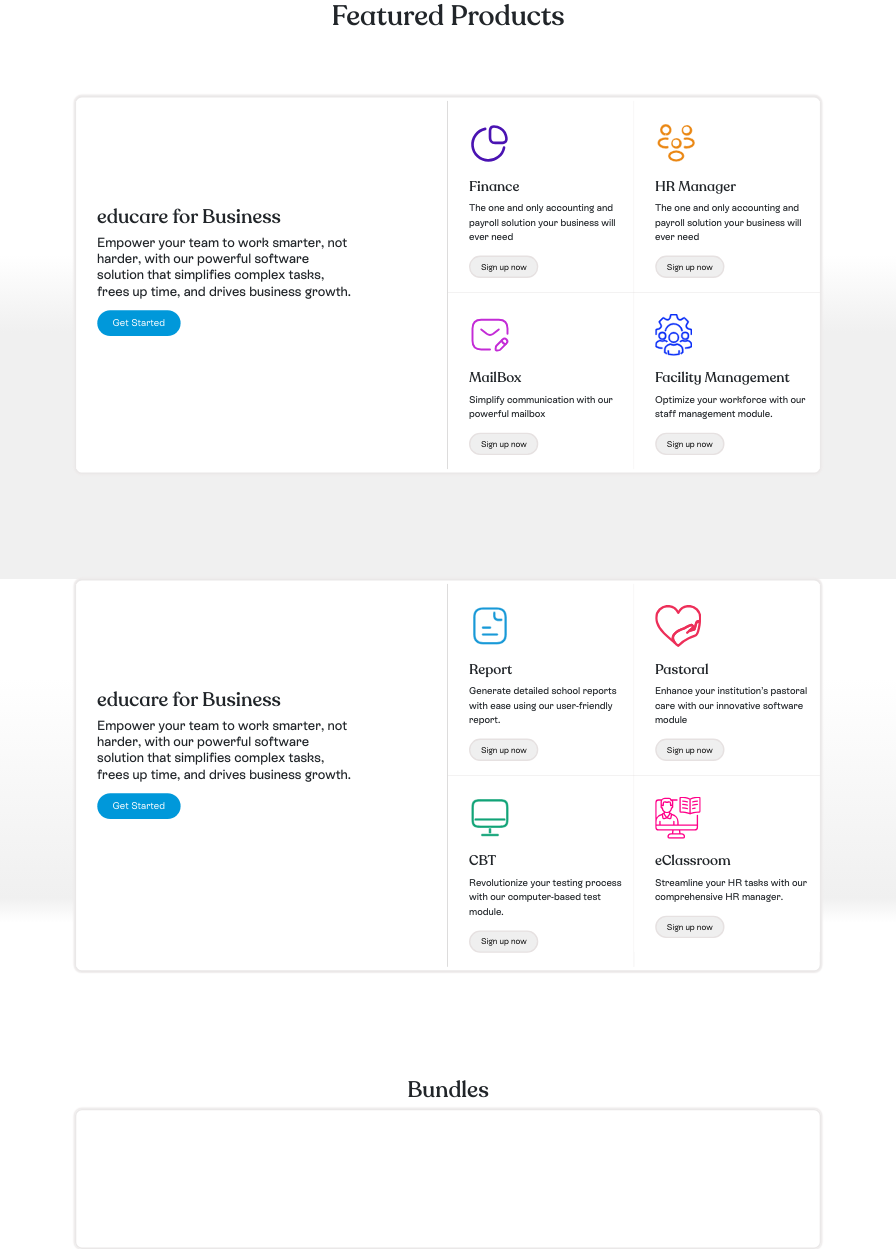
Repository: sarahnnanyelugo/educare-web
Page: /
An editor plug-in stored every save of this project. The page is shown before and after the next save, followed by the edit.
The browser window is 1280 px wide. The pictures show the part of the page from y = 1063 to 2983 px (the page is 2847 px tall before and 2983 px after), at 70% of full size.
The project was rebuilt for these pictures with package versions that can differ from the ones it lists, and the page was loaded fresh each time.

Above is the page before, as saved 2023-04-05 09:56:12.

### src/App.jsx
import React from "react";
import logo from "./logo.svg";
import "./App.scss";
import "bootstrap/dist/css/bootstrap.min.css";
import { BrowserRouter, Routes, Route, Link, Outlet } from "react-router-dom";
import NavBar from "./components/NavBar/NavBar";
import { Home } from "./pages/Home/Home";

function App() {
  return (
    <>
      {" "}
      <NavBar />
      <Routes>
        <Route path="/" element={<Home />} />
      </Routes>
    </>
  );
}

export default App;

### src/App.scss
@font-face {
  font-family: rebondG;
  src: url(./assets/fonts/Rebond_font/RebondG.otf);
}
@font-face {
  font-family: rebondG-Bold;
  src: url(./assets/fonts/Rebond_font/RebondG-Bold.otf);
}
@font-face {
  font-family: rebondG-Medium;
  src: url(./assets/fonts/Rebond_font/RebondGrotesqueMedium.otf);
}

@font-face {
  font-family: recoMedium;
  src: url(./assets/fonts/Recoleto-font/RecoletaAlt-Medium.ttf);
}

h1,
h2,
h3,
h4,
h5,
h6 {
  font-family: recoMedium;
}
p {
  font-family: rebondG-Medium;
}
@media screen and (min-width: 620px) {
  .flexy {
    display: flex;
  }
}

### src/components/NavBar/NavBar.tsx
import React from "react";
import Logo from "../../assets/images/educare-logo.png";
import { Link, NavLink } from "react-router-dom";
import "./_navbar.scss";

function NavBar() {
  return (
    <div className="navbar-container">
      <div className="logo-holder  ">
        {" "}
        <Link to={"/"}>
          {" "}
          <img className="   logo" src={Logo} alt="Scholar" />
        </Link>
      </div>
      <ul className=" list-inline list-unstyled nav-links-container">
        <li className="list-inline-item">
          <NavLink to={""} className="nav-links">
            Solutions{" "}
            <span>
              <i className="icofont-curved-down"></i>
            </span>
          </NavLink>
        </li>{" "}
        <li className="list-inline-item">
          <NavLink to={""} className="nav-links">
            Resources
          </NavLink>
        </li>{" "}
        <li className="list-inline-item">
          <NavLink to={""} className="nav-links">
            Pricing
          </NavLink>
        </li>{" "}
        <li className="list-inline-item">
          <NavLink to={""} className="nav-links">
            Support
          </NavLink>
        </li>
      </ul>
      <div className="nav-buttons">
        <button className="sign-in-button">Log in</button>
        <button className="get-started-button">Get Started</button>
      </div>
    </div>
  );
}

export default NavBar;

### src/pages/Home/Home.tsx
import React from "react";
import { RandomComponent } from "./RandomComponent/RandomComponent";
import "./_home.scss";
import RedIcon from "../../assets/images/red-dots.svg";
import BlueIcon from "../../assets/images/blue-dots.svg";
import YellowIcon from "../../assets/images/yellow-dots.svg";
import HalfCircle from "../../assets/images/half-circle.svg";
import People from "../../assets/images/people.svg";
import Mail from "../../assets/images/edit.svg";
import People2 from "../../assets/images/people2.svg";
import Pastoral from "../../assets/images/pastoral.svg";
import Chart from "../../assets/images/chart.svg";
import Screen from "../../assets/images/screen.svg";
import Classroom from "../../assets/images/read-book.svg";
import Features from "./Features/Features";

export const Home = () => {
  return (
    <>
      <div className="col-md-12 modern-solutions-container">
        <center>
          <div className="col-md-6">
            <h1>Modern solution for your Business</h1>
            <p>
              Unlock Your Business’s Potential with Cutting-Edge Software
              Solutions Designed to Streamline Operations, Optimize Performance,
              and Drive Growth.
            </p>
            <button className="gs-button">Get started</button>
            <button className="request-button">Request for a demo</button>
          </div>
        </center>
      </div>
      <div className="col-md-12 actions-container">
        <div className="col-md-4">
          <div className="col-md-9">
            {" "}
            <RandomComponent
              title="Pick your tools"
              icon={RedIcon}
              paragraph=" Unlock Your Business Potential with Cutting-Edge Software  Solutions Designed to Streamline"
            />
          </div>
        </div>
        <div className="col-md-4">
          <div className="col-md-9">
            {" "}
            <RandomComponent
              title="work smart not hard"
              icon={YellowIcon}
              paragraph="Choose from our wide range of tools and select the ones that best fit Your business’s unique needs and goals.”"
            />
          </div>
        </div>
        <div className="col-md-4">
          <div className="col-md-9">
            {" "}
            <RandomComponent
              title="We’ve got your back"
              icon={BlueIcon}
              paragraph="You can count on our support and expertise every step of the way, so you can focus on your business’s growth and success."
            />
          </div>
        </div>
      </div>
      <div className="features-heading">
        <center>
          <h1>Featured Products</h1>
        </center>
      </div>
      <div
        className="col-md-12  flexy features-holder"
        style={{ paddingBottom: "150px" }}
      >
        <div className="col-md-1">&nbsp;</div>
        <div className="col-md-10  features-container flexy">
          <div className="col-md-6 first-container">
            <h3>educare for Business</h3>
            <p>
              Empower your team to work smarter, not harder, with our powerful
              software solution that simplifies complex tasks, frees up time,
              and drives business growth.
            </p>
            <button>Get Started</button>
          </div>
          <div className="col-md-6">
            <div className="col-md-12 flexy">
              {" "}
              <div className="col-md-6 right-features">
                <Features
                  feature="Finance"
                  detail="The one and only accounting and payroll solution your business will ever need"
                  icon={HalfCircle}
                />{" "}
              </div>{" "}
              <div className="col-md-6">
                <Features
                  feature="HR Manager"
                  detail="The one and only accounting and payroll solution your business will ever need"
                  icon={People2}
                />{" "}
              </div>
            </div>
            <div className="col-md-12 flexy second-grid">
              {" "}
              <div className="col-md-6 right-features">
                <Features
                  feature="MailBox"
                  detail="Simplify communication with our powerful mailbox"
                  icon={Mail}
                />{" "}
              </div>{" "}
              <div className="col-md-6">
                <Features
                  feature="Facility Management"
                  detail="Optimize your workforce with our staff management module."
                  icon={People}
                />{" "}
              </div>
            </div>
          </div>
        </div>
      </div>{" "}
      <div className="col-md-12  flexy features-holder2">
        <div className="col-md-1">&nbsp;</div>
        <div className="col-md-10  features-container flexy ">
          <div className="col-md-6 first-container">
            <h3>educare for Business</h3>
            <p>
              Empower your team to work smarter, not harder, with our powerful
              software solution that simplifies complex tasks, frees up time,
              and drives business growth.
            </p>
            <button>Get Started</button>
          </div>
          <div className="col-md-6">
            <div className="col-md-12 flexy">
              {" "}
              <div className="col-md-6 right-features">
                <Features
                  feature="Report"
                  detail="Generate detailed school reports with ease using our user-friendly report."
                  icon={Chart}
                />{" "}
              </div>{" "}
              <div className="col-md-6">
                <Features
                  feature="Pastoral"
                  detail="Enhance your institution’s pastoral care with our innovative software module"
                  icon={Pastoral}
                />{" "}
              </div>
            </div>
            <div className="col-md-12 flexy second-grid">
              {" "}
              <div className="col-md-6 right-features">
                <Features
                  feature="CBT"
                  detail="Revolutionize your testing process with our computer-based test module."
                  icon={Screen}
                />{" "}
              </div>{" "}
              <div className="col-md-6">
                <Features
                  feature="eClassroom"
                  detail="Streamline your HR tasks with our comprehensive HR manager."
                  icon={Classroom}
                />{" "}
              </div>
            </div>
          </div>
        </div>
      </div>
      <center className="mt">
        <h2>Bundles</h2>
      </center>
      <div className="col-md-12 bundles-container flexy">
        <div className="col-md-1">&nbsp;</div>
        <div className="col-md-10 bundles"></div>
      </div>
    </>
  );
};

### src/components/NavBar/_navbar.scss
@import "../../variables";
@import "../../shared-styles";

.navbar-container {
  background: inherit;
  padding: 5px 80px;
  display: flex;

  .logo-holder {
    flex-grow: 1;
  }
  .nav-links-container {
    flex-grow: 1;
    margin-top: 20px;
    .nav-links {
      margin: 20px;
      color: #6f6f71;
      text-decoration: none;
      font-family: rebondG-Bold;
    }
    li {
      padding: 3px 0px;
      border-radius: 35px;
      transition: 0.5s ease;
      &:hover {
        background: rgb(224, 222, 222) !important;

        border: solid 1px grey;
      }
    }
  }
  .nav-buttons {
    .get-started-button {
      @include get-started-button;
      margin-left: 10px;
      margin-top: 20px;
    }
    .sign-in-button {
      @include login-or-signup-button;
      margin-top: 20px;
    }
  }
}

### src/pages/Home/RandomComponent/RandomComponent.tsx
import React from "react";
import "./_random-component.scss";
export interface RandomComponentProps {
  title: string;
  paragraph: string;
  icon: string;
}
export const RandomComponent = (props: RandomComponentProps) => {
  return (
    <div className="col-md-12 random-container">
      <div className="heading">
        {" "}
        <img className="" src={props.icon} alt="Scholar" width="100%" />
        <h3>{props.title}</h3>
      </div>
      <p>{props.paragraph}</p>
    </div>
  );
};

### src/pages/Home/_home.scss
@import "../../variables";
@import "../../shared-styles";

.modern-solutions-container {
  padding-top: 80px;
  padding-bottom: 150px;
  background: rgb(240, 240, 240);
  background: linear-gradient(
    0deg,
    rgba(240, 240, 240, 1) 51%,
    rgba(255, 255, 255, 1) 67%
  );

  h1 {
    font-family: recoMedium;
  }
  p {
    font-family: rebondG-Medium;
    font-size: 20px;
    margin-top: 15px;
  }
  .gs-button {
    @include get-started-button;
  }
  .request-button {
    @include login-or-signup-button;
    margin-left: 5px;
  }
}
.actions-container {
  background: $lightblue;
  height: fit-content;
  display: flex;
  padding: 80px 100px;
}
.features-heading {
  margin-top: 170px;
  margin-bottom: 90px;
}
.features-container {
  border: solid 2px rgb(234, 232, 232);
  box-shadow: 0 0 2px 2px rgb(238, 235, 235);
  border-radius: 10px !important;
  height: fit-content;
  // margin-top: 20px;
  padding-bottom: 5px;
  padding-top: 5px;
  background: #fff;
  .first-container {
    padding-right: 130px;
    background: #fff;
    padding-left: 30px;
    border-right: solid 1px rgb(206, 205, 205);
    h3 {
      margin-top: 150px;
    }
    p {
      font-size: 19px;
      line-height: 23px;
    }
    button {
      @include get-started-button;
      margin-bottom: 120px;
    }
  }
  .second-grid {
    border-top: solid 1px rgb(231, 228, 228);
    // box-shadow: 0 0 1px 1px rgb(238, 235, 235);
  }
  .right-features {
    // box-shadow: 0 0 1px 1px rgb(238, 235, 235);
    border-right: solid 1px rgb(231, 228, 228);
  }
}
.features-holder {
  background: rgb(240, 240, 240);
  background: linear-gradient(
    0deg,
    rgba(240, 240, 240, 1) 51%,
    rgba(255, 255, 255, 1) 67%
  );
}
.features-holder2 {
  background: rgb(255, 255, 255);
  background: linear-gradient(
    0deg,
    rgba(255, 255, 255, 1) 31%,
    rgba(240, 240, 240, 1) 36%,
    rgba(255, 255, 255, 1) 80%
  );
  padding-bottom: 150px;
}
.bundles {
  border: solid 2px rgb(234, 232, 232);
  box-shadow: 0 0 2px 2px rgb(238, 235, 235);
  border-radius: 10px !important;
  height: 200px;
  // margin-top: 20px;
  padding-bottom: 5px;
  padding-top: 5px;
}

### src/pages/Home/Features/Features.tsx
import React from "react";
import "./_features.scss";
export interface featuresProps {
  feature: string;
  detail: string;
  icon: string;
}
export const Features = (props: featuresProps) => {
  return (
    <>
      <div className="col-md-12 features">
        <img className="" src={props.icon} alt="Scholar" />
        <h5>{props.feature}</h5>
        <p>{props.detail}</p>
        <button>Sign up now</button>
      </div>
    </>
  );
};

export default Features;

### src/_variables.scss
$blue: #0098da;
$lightblue: #e1f2fa;

@mixin get-started-button {
  background-color: $blue;
  color: #fff;
  border-radius: 35px;
  border: none;
  padding: 8px 22px;
  font-size: 14px;
  font-family: rebondG;
  &:hover {
    background: #005b83;
    transition: 0.5s ease;
  }
}
@mixin login-or-signup-button {
  baclground: #fff;
  color: black;
  border-radius: 20px;
  padding: 5px 15px;
  font-size: 12px;
  border: none;
  border: solid 2px rgb(230, 225, 225);
  font-family: rebondG;
  &:hover {
    background: grey;
    transition: 0.5s ease;
  }
}

### src/_shared-styles.scss
.mt1 {
  margin-top: 10px;
}
.mt2 {
  margin-top: 20px;
}
.mt3 {
  margin-top: 30px;
}
.mt4 {
  margin-top: 40px;
}
.mt5 {
  margin-top: 50px;
}
.mt6 {
  margin-top: 60px;
}
.mt7 {
  margin-top: 70px;
}
.mt8 {
  margin-top: 80px;
}
.mt9 {
  margin-top: 90px;
}

### src/pages/Home/RandomComponent/_random-component.scss
.random-container {
  img {
    width: 20px;
    // margin-right: 10px;
  }
  .heading {
    display: flex;
    h3 {
      font-family: recoMedium;
      margin-left: 10px;
    }
  }
  p {
    font-family: rebondG-Medium;
    margin-left: 30px;
    font-size: 17px;
  }
}

### src/pages/Home/Features/_features.scss
@import "../../../variables";
@import "../../../shared-styles";

.features {
  padding-left: 30px;
  height: fit-content;
  padding-bottom: 20px;
  background: #fff;
  img {
    height: 60px;
    margin-left: 0 !important;
    margin-top: 30px;
    margin-bottom: 20px;
  }
  button {
    @include login-or-signup-button;
    // margin-bottom: 50px;
  }
  p {
    font-size: 14px;
  }
}

Loaded but not shown: public/index.html (common file); src/index.tsx (common file); src/index.css (common file); src/reportWebVitals.ts (common file)

After the next save:
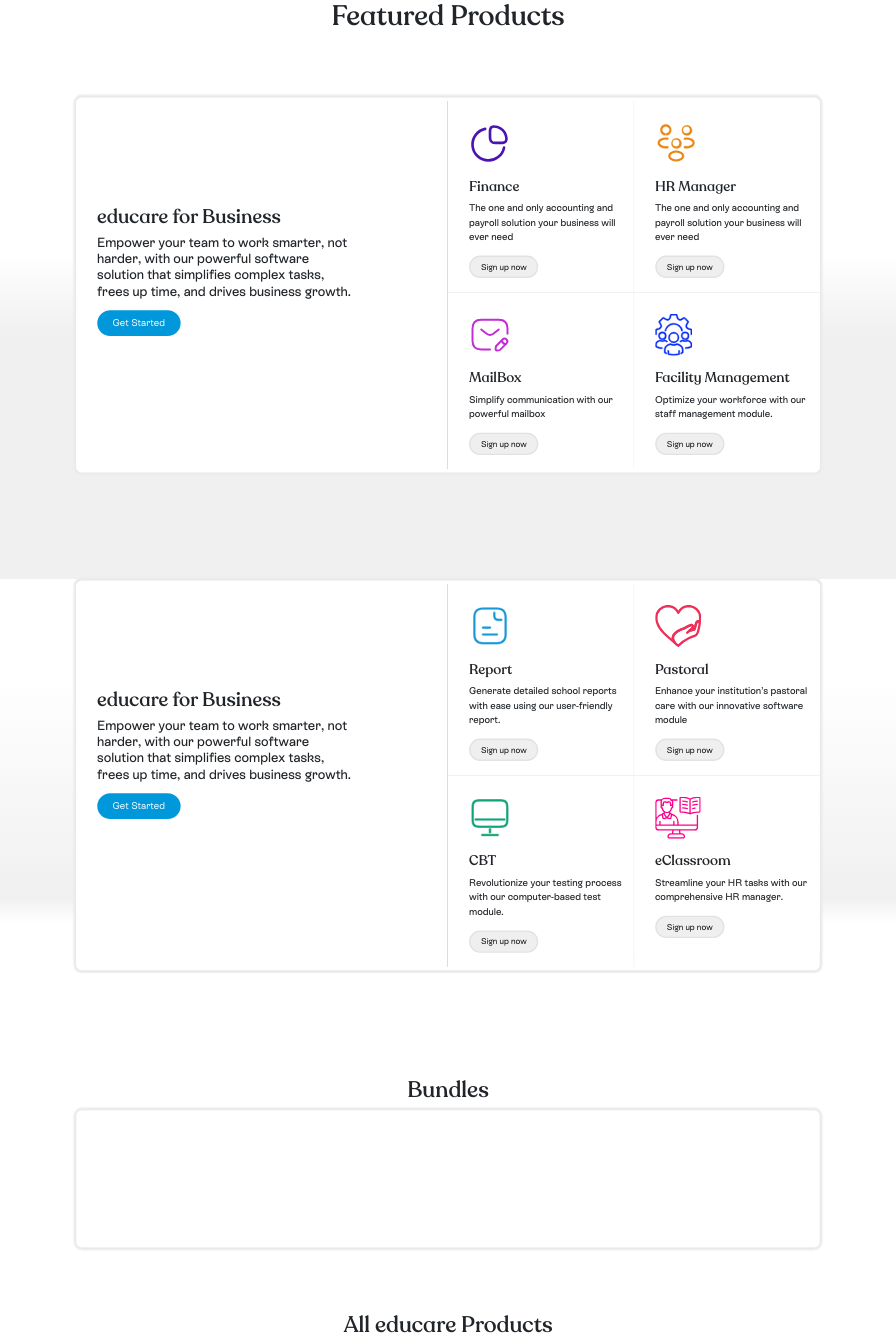
Saved 61 s later.
--- a/src/pages/Home/Home.tsx
+++ b/src/pages/Home/Home.tsx
@@ -178,6 +178,9 @@ export const Home = () => {
         <div className="col-md-1">&nbsp;</div>
         <div className="col-md-10 bundles"></div>
       </div>
+      <center className="mt9">
+        <h2>All educare Products</h2>
+      </center>
     </>
   );
 };
